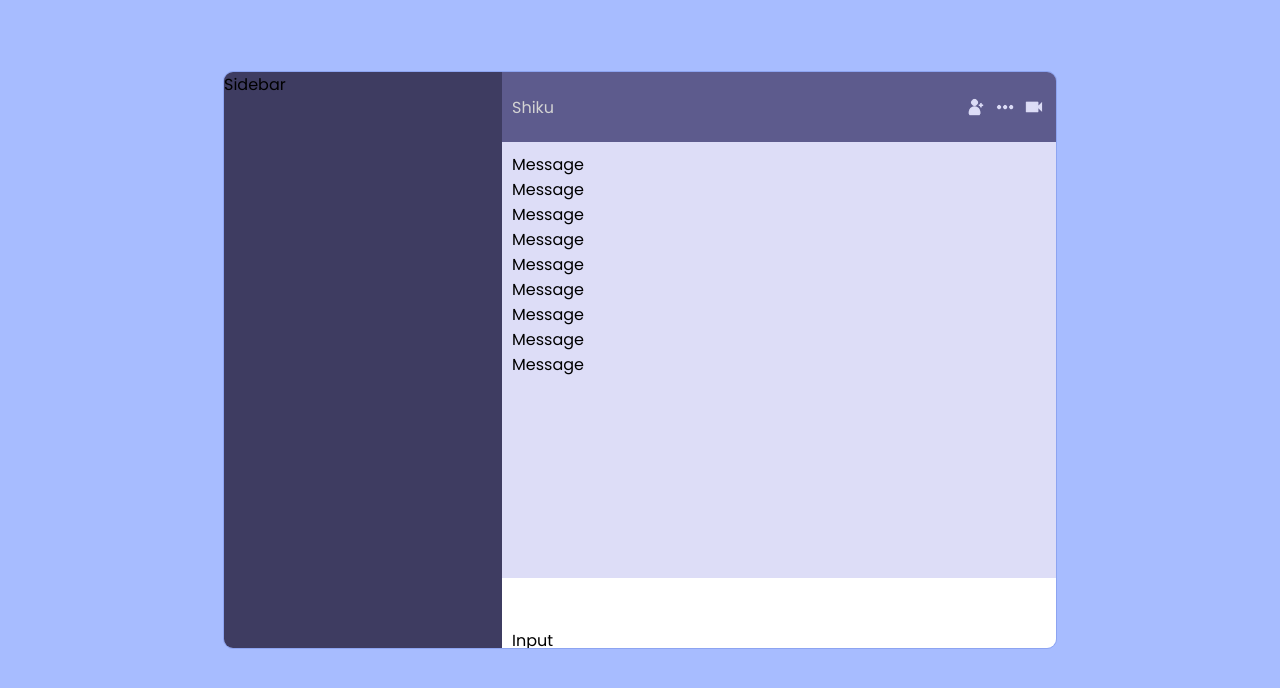
Repository: shikubro90/chatapp
Page: /
These files come from the project's save history. The page is drawn as it stood at one moment and after the next save; the edit follows.
The browser window is 1280 px wide. The pictures show the whole page.
The project was rebuilt for these pictures with package versions that can differ from the ones it lists, and the page was loaded fresh each time. Also part of the build but not shown: src/pages/Login.jsx, src/pages/Register.jsx.

Above is the page before, as saved 2022-09-14 20:21:02.

After the next save:
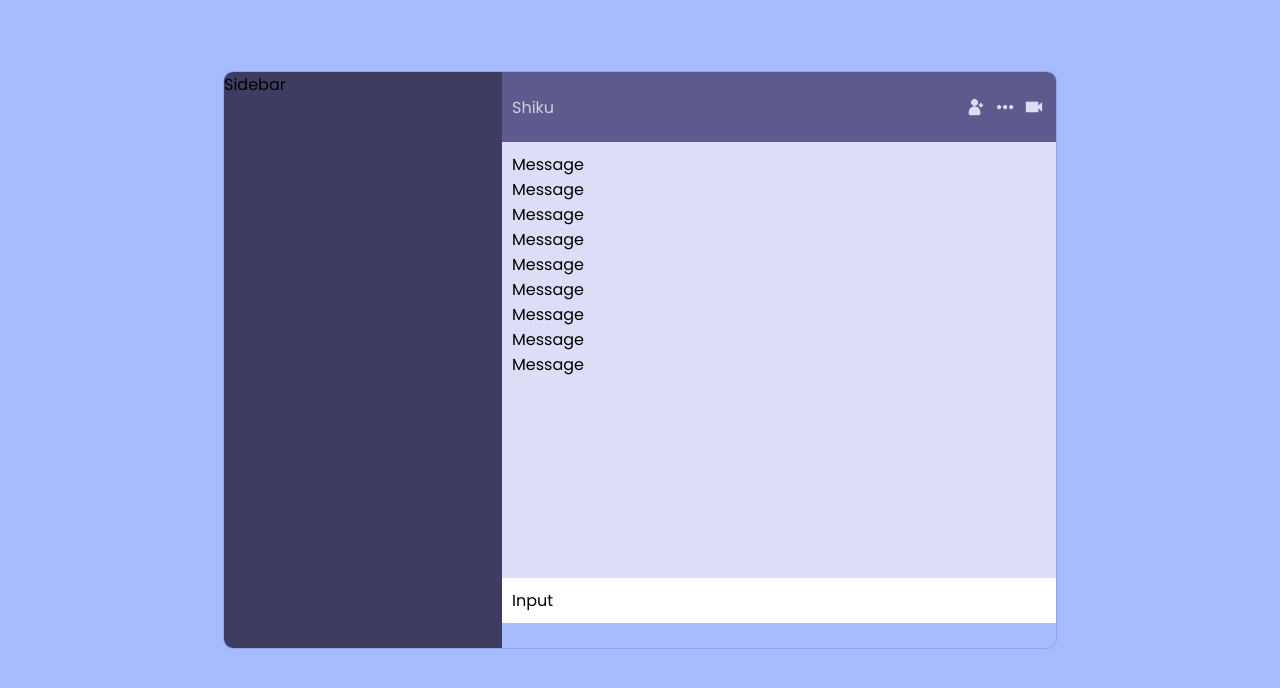
Saved 6 s later.
--- a/src/style.scss
+++ b/src/style.scss
@@ -234,7 +234,7 @@
             }
             .input{
                 background: white;
-                padding: 50px 10px;
+                padding: 10px 10px;
             }
 
         }
